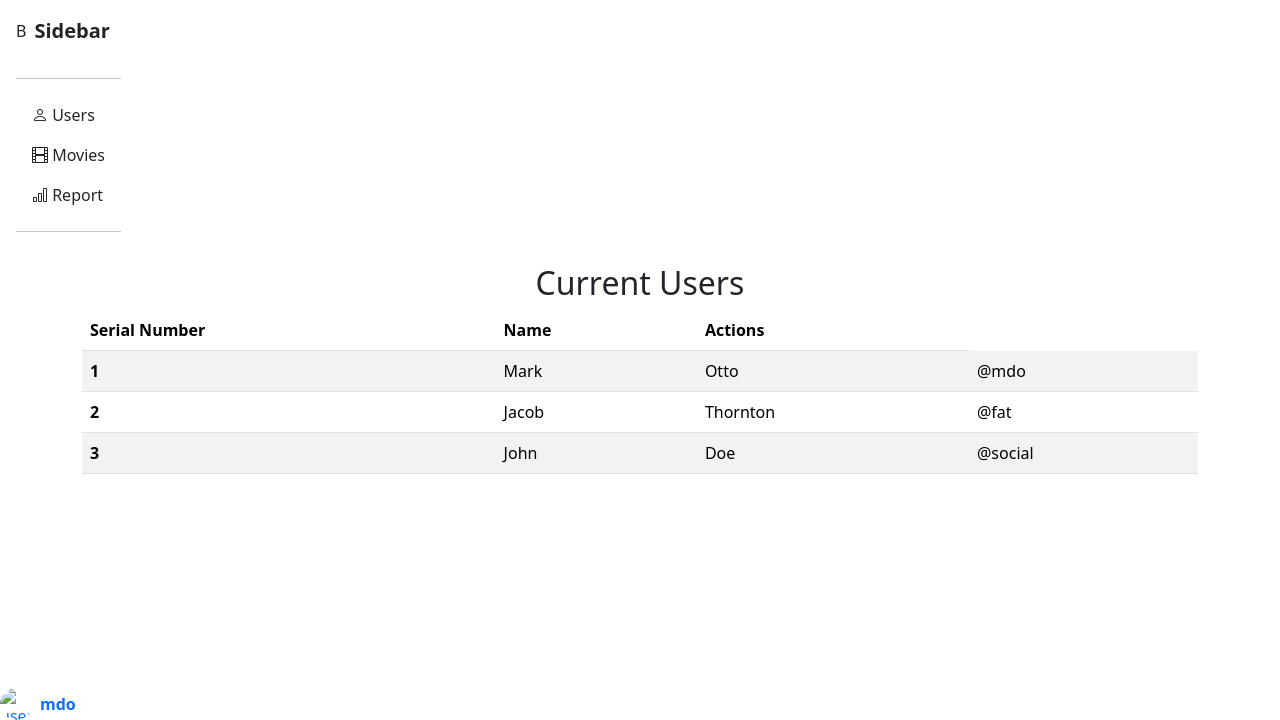
Repository: Anandu361/OTT-Platform
Page: http://localhost/Admin
The author's editor kept a copy of each file at every save. The page is drawn from the files as they stood at one save, then again after the next save.
The browser window is 1280 px wide. The pictures show the whole page.
The page is this project's Thymeleaf template; nobody is signed in. The template is opened directly, without the code that normally fills it, so the values that code supplies are empty.

Above is the page before, as saved 2026-01-09 06:39:15.

### backend/src/main/resources/templates/Admin.html
<!DOCTYPE html>
<html>
	<head>
		<title>Admin</title>
		<link href="https://cdn.jsdelivr.net/npm/bootstrap@5.3.2/dist/css/bootstrap.min.css" rel="stylesheet">
		<link href="https://cdn.jsdelivr.net/npm/bootstrap-icons@1.11.1/font/bootstrap-icons.css" rel="stylesheet">
	</head>
	<body>
		<div th:insert="partials/Navbar :: sidebar"></div>
		<div class="container">
			<h2 class="text-center">Current Users</h2>
			<div class="d-flex mx-auto">
				<table class="table table-striped">
					<thead>
						<tr>
							<th>Serial Number</th>
							<th>Name</th>
							<th>Actions</th>
						</tr>
					</thead>
					<tbody>
					    <tr>
					      <th scope="row">1</th>
					      <td>Mark</td>
					      <td>Otto</td>
					      <td>@mdo</td>
					    </tr>
					    <tr>
					      <th scope="row">2</th>
					      <td>Jacob</td>
					      <td>Thornton</td>
					      <td>@fat</td>
					    </tr>
					    <tr>
					      <th scope="row">3</th>
					      <td>John</td>
					      <td>Doe</td>
					      <td>@social</td>
					    </tr>
					  </tbody>
				</table>
			</div>
		</div>
	</body>
</html>

### backend/src/main/resources/templates/partials/Navbar.html
<div class="d-flex" th:fragment="sidebar">
  <!-- Sidebar -->
  <aside class="sidebar d-flex flex-column p-3">

    <!-- Logo -->
    <div class="d-flex align-items-center mb-3">
      <div class="logo-icon me-2">B</div>
      <span class="fs-5 fw-semibold">Sidebar</span>
    </div>

    <hr>

    <!-- Menu -->
    <ul class="nav nav-pills flex-column mb-auto">


      <li class="nav-item">
        <a href="#" class="nav-link text-dark">
          <i class="bi bi-person"></i>
            Users
        </a>
      </li>

      <li class="nav-item">
        <a href="#" class="nav-link text-dark">
          <i class="bi bi-film"></i>
            Movies
        </a>
      </li>

      <li class="nav-item">
        <a href="#" class="nav-link text-dark">
          <i class="bi bi-bar-chart"></i>
          Report
        </a>
      </li>
    </ul>

    <hr>

    <!-- Profile -->
    <div class="dropdown fixed-bottom">
      <a href="" class="d-flex align-items-center text-decoration-none"
         data-bs-toggle="dropdown">
        <img src="" alt="user" width="32" height="32"
             class="rounded-circle me-2">
        <strong>mdo</strong>
      </a>
    </div>

  </aside>

After the next save:
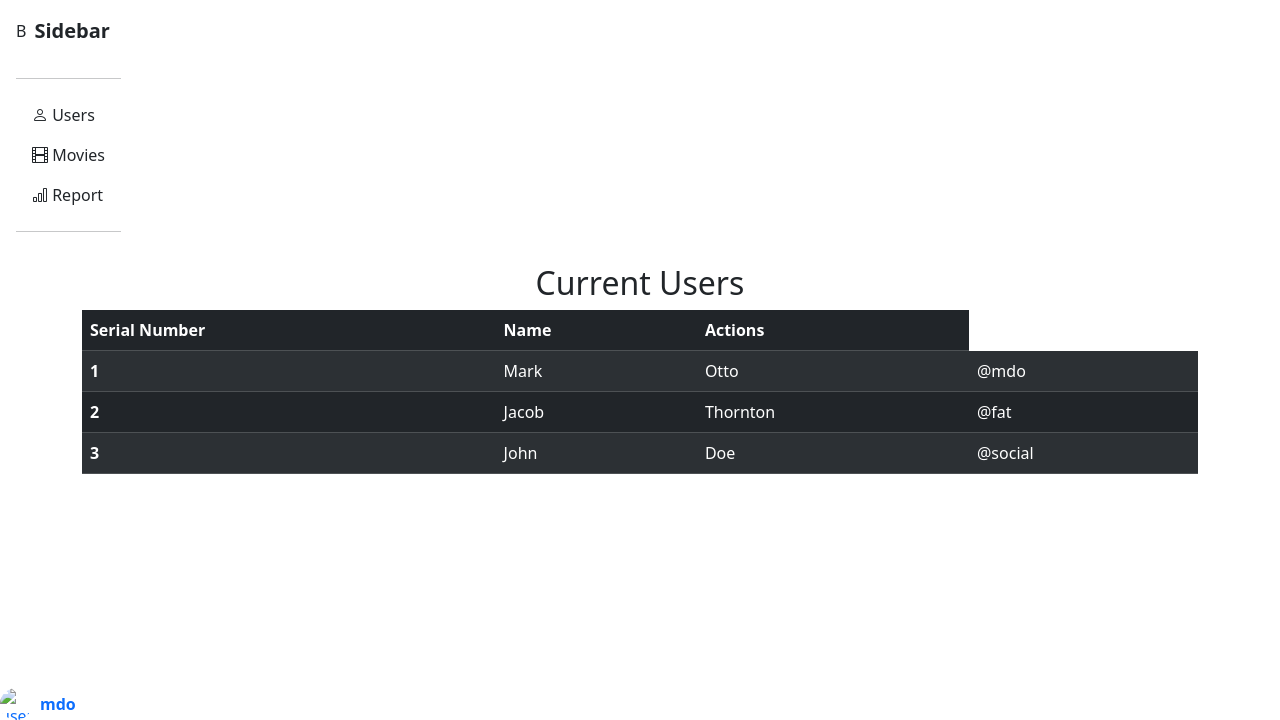
Saved 52 s later.
--- a/backend/src/main/resources/templates/Admin.html
+++ b/backend/src/main/resources/templates/Admin.html
@@ -10,7 +10,7 @@
 		<div class="container">
 			<h2 class="text-center">Current Users</h2>
 			<div class="d-flex mx-auto">
-				<table class="table table-striped">
+				<table class="table table-dark table-striped">
 					<thead>
 						<tr>
 							<th>Serial Number</th>

After the save that followed:
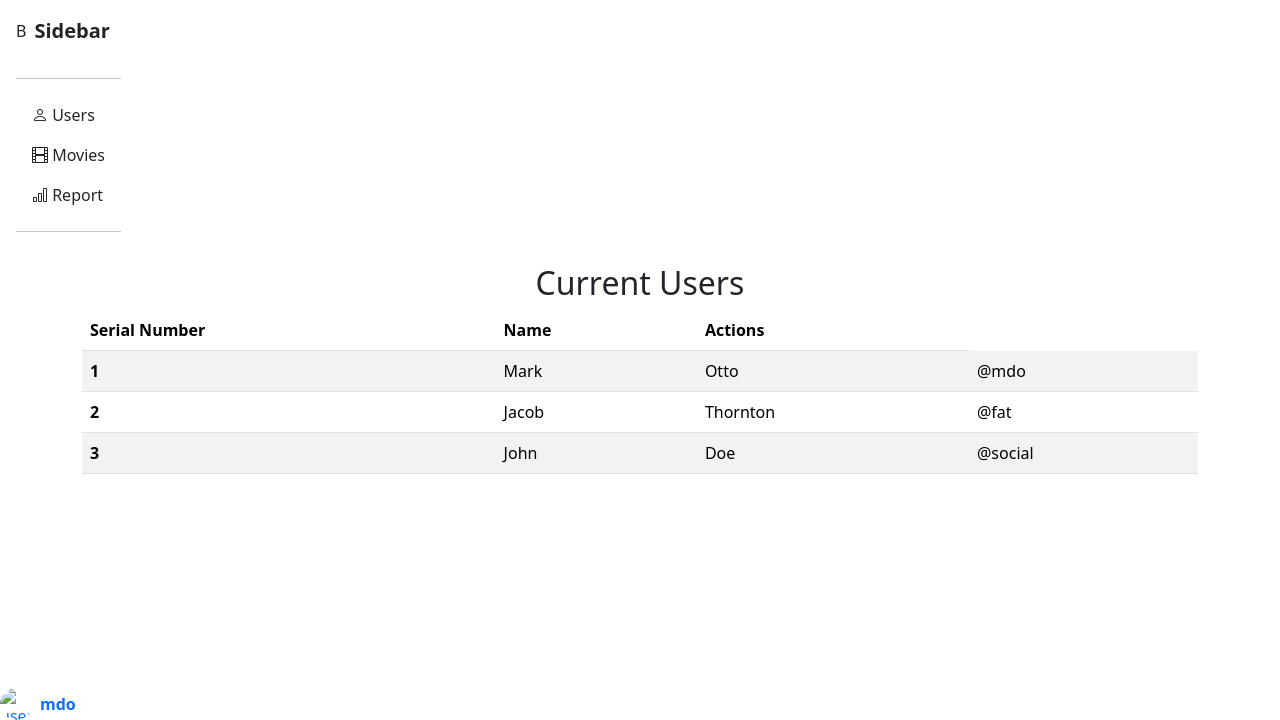
Saved 6 s later.
--- a/backend/src/main/resources/templates/Admin.html
+++ b/backend/src/main/resources/templates/Admin.html
@@ -10,7 +10,7 @@
 		<div class="container">
 			<h2 class="text-center">Current Users</h2>
 			<div class="d-flex mx-auto">
-				<table class="table table-dark table-striped">
+				<table class="table table-striped">
 					<thead>
 						<tr>
 							<th>Serial Number</th>
